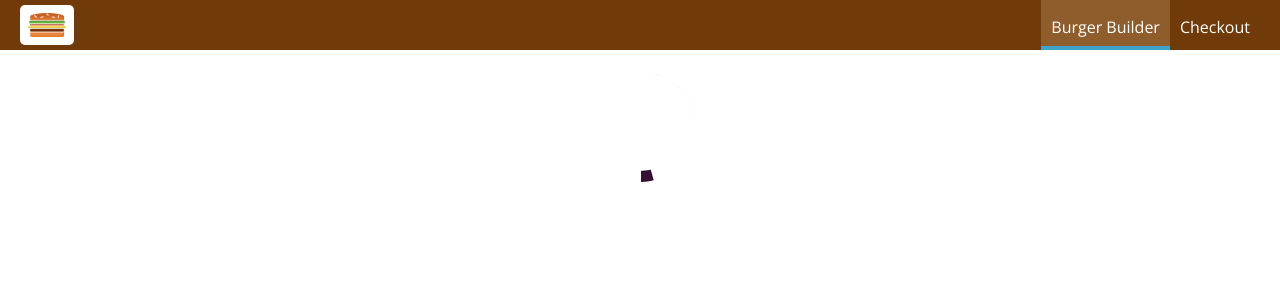
Repository: AbdulMutaal/Burger-Builder
Page: /
The author's editor kept a copy of each file at every save. The page is drawn from the files as they stood at one save, then again after the next save.
The browser window is 1280 px wide. The pictures show the whole page.
The page's requests for data from a server got no answer. The project was rebuilt for these pictures with package versions that can differ from the ones it lists, and the page was loaded fresh each time. No one was signed in, and anything a server would have sent is missing. Also part of the build but not shown: src/components/UI/Backdrop/Backdrop.module.css, src/components/UI/Backdrop/Backdrop.js, src/components/Burger/Burger.module.css, src/components/Burger/BurgerIngredient/BurgerIngredient.module.css, src/components/Burger/BurgerIngredient/BurgerIngredient.js, src/components/Burger/Burger.js, src/components/Burger/BuildControls/BuildControls.module.css, src/components/Burger/BuildControls/BuildControl/BuildControl.module.css and 5 more.

Above is the page before, as saved 2021-12-14 11:27:41.

### src/index.css
body {
  margin: 0;
  font-family: "Open Sans", sans-serif;
}

### src/App.js
import Layout from './hoc/Layout/Layout';
import BurgerBuilder from './containers/BurgerBuilder/BurgerBuilder';

function App() {
  return (
    <div>
      <Layout>
        <BurgerBuilder />
      </Layout>
    </div>
  );
}

export default App;

### src/hoc/Layout/Layout.js
import React, { Component } from 'react';

import Auxiliary from '../Auxiliary/Auxiliary';
import classes from './Layout.module.css';
import Toolbar from '../../components/Navigation/Toolbar/Toolbar';
import SideDrawer from '../../components/Navigation/SideDrawer/SideDrawer';

class Layout extends Component {
    state = {
        showSideDrawer: false
    };

    sideDrawerClosedHandler = () => {
        this.setState({showSideDrawer: false});
    }

    sideDrawerToggleHandler = () => {
        this.setState(( prevState ) => {
            return {showSideDrawer: !prevState.showSideDrawer}
        });
    }

    render () {
        return (
            <Auxiliary>
                <Toolbar drawerToggleClicked={this.sideDrawerToggleHandler} />
                <SideDrawer
                    open={this.state.showSideDrawer}
                    closed={this.sideDrawerClosedHandler} />
                <main className={classes.Content}>
                    {this.props.children}
                </main>
            </Auxiliary>
        );
    }
}


export default Layout;

### src/containers/BurgerBuilder/BurgerBuilder.js
import React, { Component } from 'react';

import Auxiliary from '../../hoc/Auxiliary/Auxiliary';
import Burger from '../../components/Burger/Burger';
import BuildControls from '../../components/Burger/BuildControls/BuildControls';
import Modal from '../../components/UI/Modal/Modal';
import OrderSummary from '../../components/Burger/OrderSummary/OrderSummary';
import axios from '../../axios-orders';
import Spinner from '../../components/UI/Spinner/Spinner';
import withErrorHandler from '../../hoc/withErrorHandler/withErrorHandler';

const INGREDIENT_PRICES = {
    salad: 0.5,
    cheese: 0.4,
    meat: 1.3,
    bacon: 0.7
};

class BurgerBuilder extends Component {
    state = {
        ingredients: null,
        totalPrice: 4,
        purchasable: false,
        purchasing: false,
        loading: false,
        error: false
    }

    componentDidMount () {
        axios.get('https://burger-builder-28ccb-default-rtdb.firebaseio.com/ingredients')
            .then(response => {
                if (!this.state.ingredients) {
                    this.setState({ingredients: response.data});
                }
            })
            .catch(error => {
                this.setState({error: true});
            });
    }

    updatePurchaseState (ingredients) {
        const sum = Object.keys(ingredients)
            .map(igKey => {
                return ingredients[igKey];
            })
            .reduce((sum, el) => {
                return sum + el;
            }, 0);
        this.setState({purchasable: sum > 0});
    }

    addIngredientHandler = (type) => {
        const oldCount = this.state.ingredients[type];
        const updatedCount = oldCount + 1;
        const updateIngredients = {
            ...this.state.ingredients
        };
        updateIngredients[type] = updatedCount;

        const priceAddition = INGREDIENT_PRICES[type];
        const oldPrice = this.state.totalPrice;
        const newPrice = oldPrice + priceAddition;
        this.setState({totalPrice: newPrice, ingredients: updateIngredients});
        this.updatePurchaseState(updateIngredients);
    }

    removeIngredientHandler = (type) => {
        const oldCount = this.state.ingredients[type];

        if (oldCount <= 0) {
            return;
        }

        const updatedCount = oldCount - 1;
        const updateIngredients = {
            ...this.state.ingredients
        };
        updateIngredients[type] = updatedCount;

        const priceDeduction = INGREDIENT_PRICES[type];
        const oldPrice = this.state.totalPrice;
        const newPrice = oldPrice - priceDeduction;
        this.setState({totalPrice: newPrice, ingredients: updateIngredients});
        this.updatePurchaseState(updateIngredients);
    }

    purchaseHandler = () => {
        this.setState({purchasing: true});
    }

    purchaseCancelHandler = () => {
        this.setState({purchasing: false});
    }

    purchaseContinueHandler = () => {
        //alert('You continue');
        this.setState({loading: true});
        const order = {
            ingredients: this.state.ingredients,
            price: this.state.totalPrice,
            customer: {
                name: "Tom Cruise",
                address: {
                    street: 'street 1',
                    zipCode:  '41351',
                    country: 'Germany'
                },
                email: 'test@test.com'
            },
            deliveryMethod: 'fastest'
        }
        axios.post('/orders.json', order)
            .then(response => {
                this.setState({loading: false, purchasing: false});
            })
            .catch(error => {
                this.setState({loading: false, purchasing: false});
            });
    }

    render () {
        const disabledInfo = {
            ...this.state.ingredients
        };

        for (let key in disabledInfo) {
            disabledInfo[key] = disabledInfo[key] <= 0
        }

        let orderSummary = null;

        let burger = <Spinner />;

        if (this.state.ingredients) {
            burger = (
                <Auxiliary>
                    <Burger ingredients={this.state.ingredients} />
                    <BuildControls
                        ingredientAdded={this.addIngredientHandler}
                        ingredientRemoved={this.removeIngredientHandler}
                        disabled={disabledInfo}
                        ordered={this.purchaseHandler}
                        purchasable={this.state.purchasable}
                        price={this.state.totalPrice} />
                </Auxiliary>
            );
            orderSummary = <OrderSummary
                ingredients={this.state.ingredients}
                price={this.state.totalPrice}
                purchaseCancelled={this.purchaseCancelHandler}
                purchaseContinue={this.purchaseContinueHandler} />;
        }

        if (this.state.loading) {
            orderSummary = <Spinner />;
        }

        return (
            <Auxiliary>
                <Modal show={this.state.purchasing} modalClosed={this.purchaseCancelHandler}>
                    {orderSummary}
                </Modal>
                {burger}
            </Auxiliary>
        );
    }
}

export default withErrorHandler(BurgerBuilder, axios);

### src/components/Navigation/Toolbar/Toolbar.js
import React from 'react';

import classes from './Toolbar.module.css';
import Logo from '../../Logo/Logo';
import NavigationItems from '../NavigationItems/NavigationItems';
import DrawerToggle from '../SideDrawer/DrawerToggle/DrawerToggle';

const toolbar = (props) => (
    <header className={classes.Toolbar}>
        <DrawerToggle clicked={props.drawerToggleClicked} />
        <div className={classes.Logo}>
            <Logo />
        </div>
        <nav className={classes.DesktopOnly}>
            <NavigationItems />
        </nav>
    </header>
);

export default toolbar;

### src/components/Navigation/SideDrawer/SideDrawer.js
import React from 'react';

import Logo from '../../Logo/Logo';
import NavigationItems from '../NavigationItems/NavigationItems';
import classes from './SideDrawer.module.css';
import Backdrop from '../../UI/Backdrop/Backdrop';
import Auxiliary from '../../../hoc/Auxiliary/Auxiliary';

const sideDrawer = (props) => {
    let attachedClasses = [classes.SideDrawer, classes.Close];

    if (props.open) {
        attachedClasses = [classes.SideDrawer, classes.Open];
    }

    return (
        <Auxiliary>
            <Backdrop show={props.open} clicked={props.closed} />
            <div className={attachedClasses.join(' ')}>
                <div className={classes.Logo}>
                    <Logo />
                </div>
                <nav>
                    <NavigationItems />
                </nav>
            </div>
        </Auxiliary>
    );
}

export default sideDrawer;

### src/components/UI/Modal/Modal.js
import React, { Component } from 'react';

import classes from './Modal.module.css';
import Auxiliary from '../../../hoc/Auxiliary/Auxiliary';
import Backdrop from '../Backdrop/Backdrop';

class Modal extends Component {

    shouldComponentUpdate (nextProps, nextState) {
        return nextProps.show !== this.props.show || nextProps.children !== this.props.children;
    }

    componentDidUpdate () {
        console.log('[Modal] Will Update');
    }

    render () {
        return (
            <Auxiliary>
                <Backdrop show={this.props.show} clicked={this.props.modalClosed} />
                <div
                    className={classes.Modal}
                    style={{
                        transform: this.props.show ? 'translateY(0)' : 'translateY(-100vh)',
                        opacity: this.props.show ? '1' : '0'
                    }}>
                    {this.props.children}
                </div>
            </Auxiliary>
        );
    }
};

export default Modal;

### src/axios-orders.js
import axios from 'axios';

const instance = axios.create({
    baseURL: 'https://burger-builder-28ccb-default-rtdb.firebaseio.com/'
});

export default instance;

### src/hoc/withErrorHandler/withErrorHandler.js
import React, {Component} from 'react';

import Modal from '../../components/UI/Modal/Modal';
import Auxiliary from '../Auxiliary/Auxiliary';

const withErrorHandler = (WrappedComponent, axios) => {
    return class extends Component {
        state = {
            error: null
        }

        constructor (props) {
            super(props);
            axios.interceptors.request.use(req => {
                this.setState({
                    error: null
                });
                return req;
            });

            axios.interceptors.response.use(res => res, error => {
                this.setState({
                    error: error
                });
            });
        }

        errorConfirmedHandler = () => {
            this.setState({error: null});
        }

        render () {
            return (
                <Auxiliary>
                    <Modal
                        show={this.state.error}
                        modalClosed={this.errorConfirmedHandler}>
                        {this.state.error ? this.state.error.message : null}
                    </Modal>
                    <WrappedComponent {...this.props} />
                </Auxiliary>

            );
        }
    }
}

export default withErrorHandler;

### src/components/Navigation/Toolbar/Toolbar.module.css
.Toolbar {
    height: 50px;
    width: 100%;
    position: fixed;
    top: 0;
    left: 0;
    background-color: #703b09;
    display: flex;
    justify-content: space-between;
    align-items: center;
    padding: 0 20px;
    box-sizing: border-box;
    z-index: 90;
}

.Toolbar nav {
    height: 100%;
}

.Logo {
    height: 80%;
}

@media (max-width: 499px) {
    .DesktopOnly {
        display: none;
    }
}

### src/components/Logo/Logo.js
import React from 'react';

import burgerLogo from '../../assets/images/burger-logo.png';
import classes from './Logo.module.css';

const logo = (props) => (
    <div className={classes.Logo} style={{height: props.height}}>
        <img src={burgerLogo} alt="MyBurger" />
    </div>
);

export default logo;

### src/components/Navigation/NavigationItems/NavigationItems.js
import React from 'react';

import classes from './NavigationItems.module.css';
import NavigationItem from './NavigationItem/NavigationItem';

const navigationItems = () => (
    <ul className={classes.NavigationItems}>
        <NavigationItem link="/" active>Burger Builder</NavigationItem>
        <NavigationItem link="/">Checkout</NavigationItem>
    </ul>
);

export default navigationItems;

### src/components/Navigation/SideDrawer/SideDrawer.module.css
.SideDrawer {
    position: fixed;
    width: 280px;
    max-width: 70%;
    height: 100%;
    left: 0;
    top: 0;
    z-index: 200;
    background-color: white;
    padding: 32px 16px;
    box-sizing: border-box;
    transition: transform 0.3s ease-out;
}

@media (min-width: 500px) {
    .SideDrawer {
        display: none;
    }
}

.Open {
    transform: translateX(0);
}

.Close {
    transform: translatex(-100%);
}

.Logo {
    height: 11%;
    margin-bottom: 32px;
}

### src/components/UI/Spinner/Spinner.module.css
.Loader,
.Loader:before,
.Loader:after {
  border-radius: 50%;
}
.Loader {
  color: #341133;
  font-size: 11px;
  text-indent: -99999em;
  margin: 55px auto;
  position: relative;
  width: 10em;
  height: 10em;
  box-shadow: inset 0 0 0 1em;
  -webkit-transform: translateZ(0);
  -ms-transform: translateZ(0);
  transform: translateZ(0);
}
.Loader:before,
.Loader:after {
  position: absolute;
  content: '';
}
.Loader:before {
  width: 5.2em;
  height: 10.2em;
  background: #ffffff;
  border-radius: 10.2em 0 0 10.2em;
  top: -0.1em;
  left: -0.1em;
  -webkit-transform-origin: 5.1em 5.1em;
  transform-origin: 5.1em 5.1em;
  -webkit-animation: load2 2s infinite ease 1.5s;
  animation: load2 2s infinite ease 1.5s;
}
.Loader:after {
  width: 5.2em;
  height: 10.2em;
  background: #ffffff;
  border-radius: 0 10.2em 10.2em 0;
  top: -0.1em;
  left: 4.9em;
  -webkit-transform-origin: 0.1em 5.1em;
  transform-origin: 0.1em 5.1em;
  -webkit-animation: load2 2s infinite ease;
  animation: load2 2s infinite ease;
}
@-webkit-keyframes load2 {
  0% {
    -webkit-transform: rotate(0deg);
    transform: rotate(0deg);
  }
  100% {
    -webkit-transform: rotate(360deg);
    transform: rotate(360deg);
  }
}
@keyframes load2 {
  0% {
    -webkit-transform: rotate(0deg);
    transform: rotate(0deg);
  }
  100% {
    -webkit-transform: rotate(360deg);
    transform: rotate(360deg);
  }
}

### src/components/Navigation/NavigationItems/NavigationItem/NavigationItem.js
import React from 'react';

import classes from './NavigationItem.module.css';

const navigationItem = (props) => (
    <li className={classes.NavigationItem}>
        <a
            href={props.link}
            className={props.active ? classes.active : null}>{props.children}</a>
    </li>
);

export default navigationItem;

### src/components/Navigation/NavigationItems/NavigationItem/NavigationItem.module.css
.NavigationItem {
    margin: 10px 0;
    box-sizing: border-box;
    display: block;
    width: 100%;
}

.NavigationItem a {
    color: #8f5c2c;
    text-decoration: none;
    width: 100%;
    box-sizing: border-box;
    display: block;
}

.NavigationItem a:hover,
.NavigationItem a:active,
.NavigationItem a.active {
    color: #40a4c8;
}

@media (min-width: 500px) {
    .NavigationItem {
        margin: 0;
        display: flex;
        height: 100%;
        width: auto;
        align-items: center;
    }

    .NavigationItem a {
        color: white;
        height: 100%;
        padding: 16px 10px;
        border-bottom: 4px solid transparent;
    }

    .NavigationItem a:hover,
    .NavigationItem a:active,
    .NavigationItem a.active {
        background-color: #8f5c2c;
        border-bottom: 4px solid #40a4c8;
        color: white;
    }
}

Loaded but not shown: public/index.html (common file); src/index.js (common file); src/reportWebVitals.js (common file); src/hoc/Auxiliary/Auxiliary.js (common file); src/hoc/Layout/Layout.module.css (common file); src/components/UI/Spinner/Spinner.js (common file); src/components/Navigation/SideDrawer/DrawerToggle/DrawerToggle.js (common file); src/components/UI/Modal/Modal.module.css (common file); src/components/Logo/Logo.module.css (common file); src/components/Navigation/NavigationItems/NavigationItems.module.css (common file); src/components/Navigation/SideDrawer/DrawerToggle/DrawerToggle.module.css (common file)

After the next save:
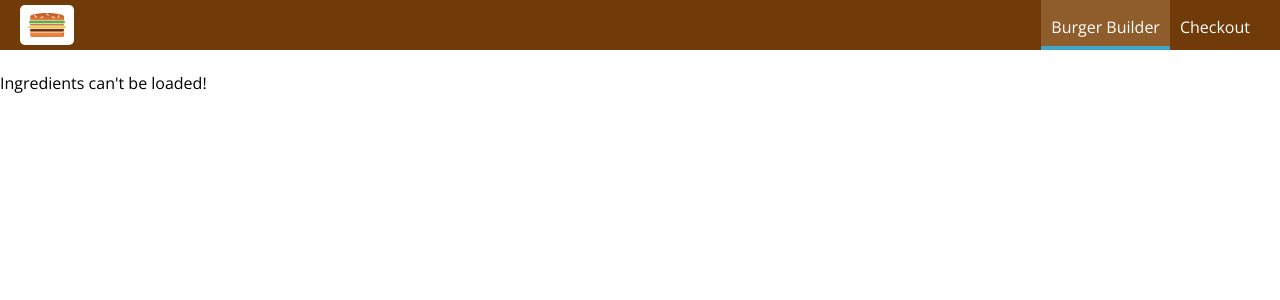
Saved 53 s later.
--- a/src/containers/BurgerBuilder/BurgerBuilder.js
+++ b/src/containers/BurgerBuilder/BurgerBuilder.js
@@ -129,7 +129,7 @@ class BurgerBuilder extends Component {
 
         let orderSummary = null;
 
-        let burger = <Spinner />;
+        let burger = this.state.error ? <p>Ingredients can't be loaded!</p> : <Spinner />;
 
         if (this.state.ingredients) {
             burger = (
